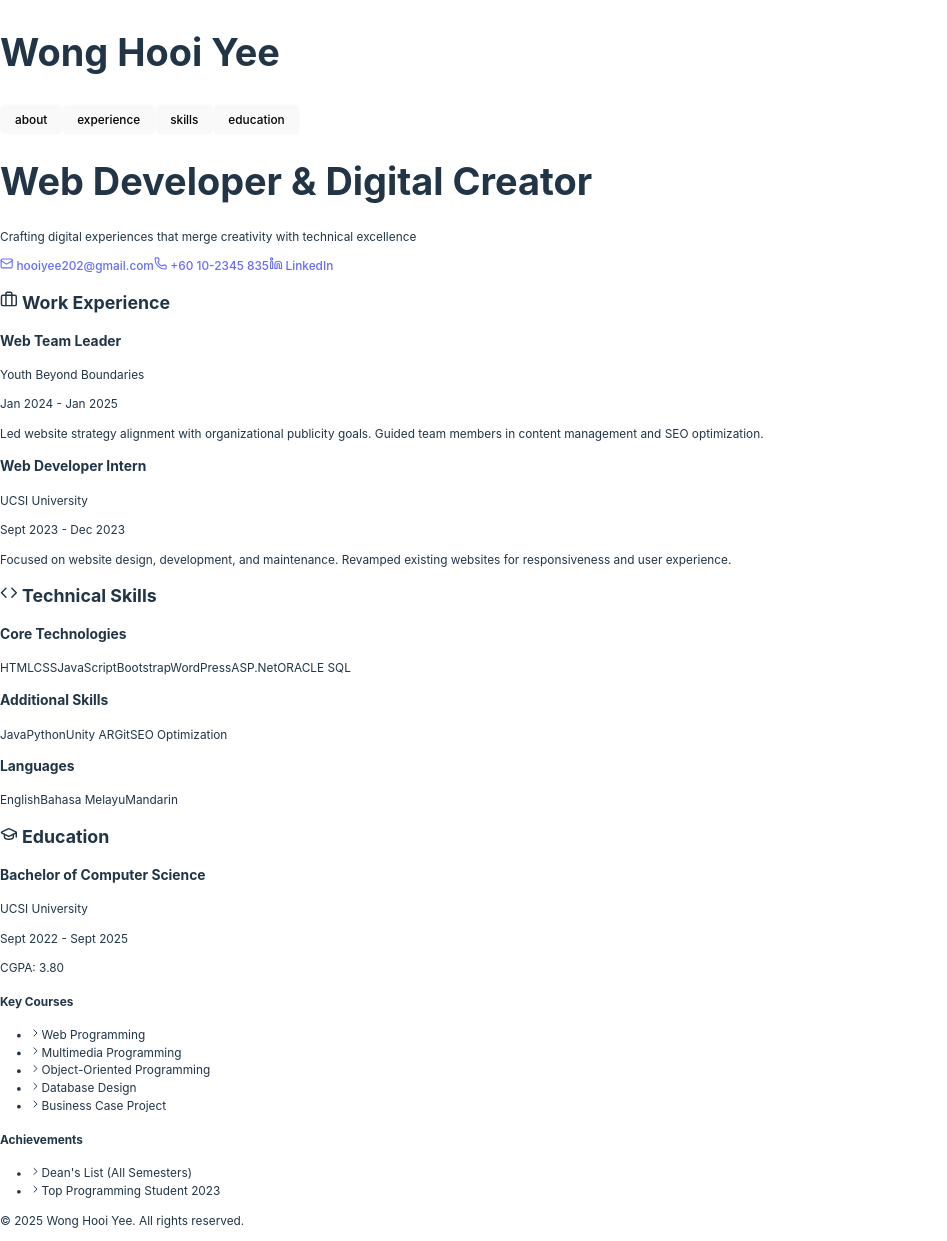
Repository: WyeeHooi/Portfolio-Website
Page: /
An editor plug-in stored every save of this project. The page is shown before and after the next save, followed by the edit.
The browser window is 1280 px wide. The pictures show the whole page, at 74% of full size.
The project was rebuilt for these pictures with package versions that can differ from the ones it lists, and the page was loaded fresh each time. Also part of the build but not shown: vite.config.ts.

Above is the page before, as saved 2025-02-16 21:04:29.

After the next save:
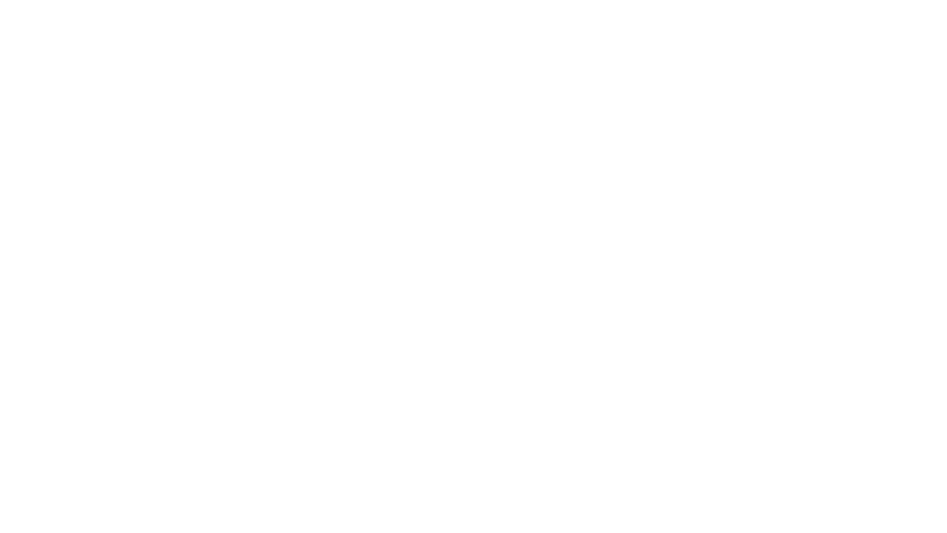
Console error: ReferenceError: Linkedin is not defined
Saved 12 min 10 s later.
--- a/src/App.tsx
+++ b/src/App.tsx
@@ -2,7 +2,7 @@
 // import reactLogo from './assets/react.svg'
 // import viteLogo from '/vite.svg'
 // import './App.css'
-import { Github, Linkedin, Mail, Phone, MapPin, ChevronRight, Code, Briefcase, GraduationCap, User } from 'lucide-react';
+import { Mail, Phone, ChevronRight, Code, Briefcase, GraduationCap, User } from 'lucide-react';
 import React, { useState, useEffect } from 'react';
 function App() {
   // const [count, setCount] = useState(0)

After the save that followed:
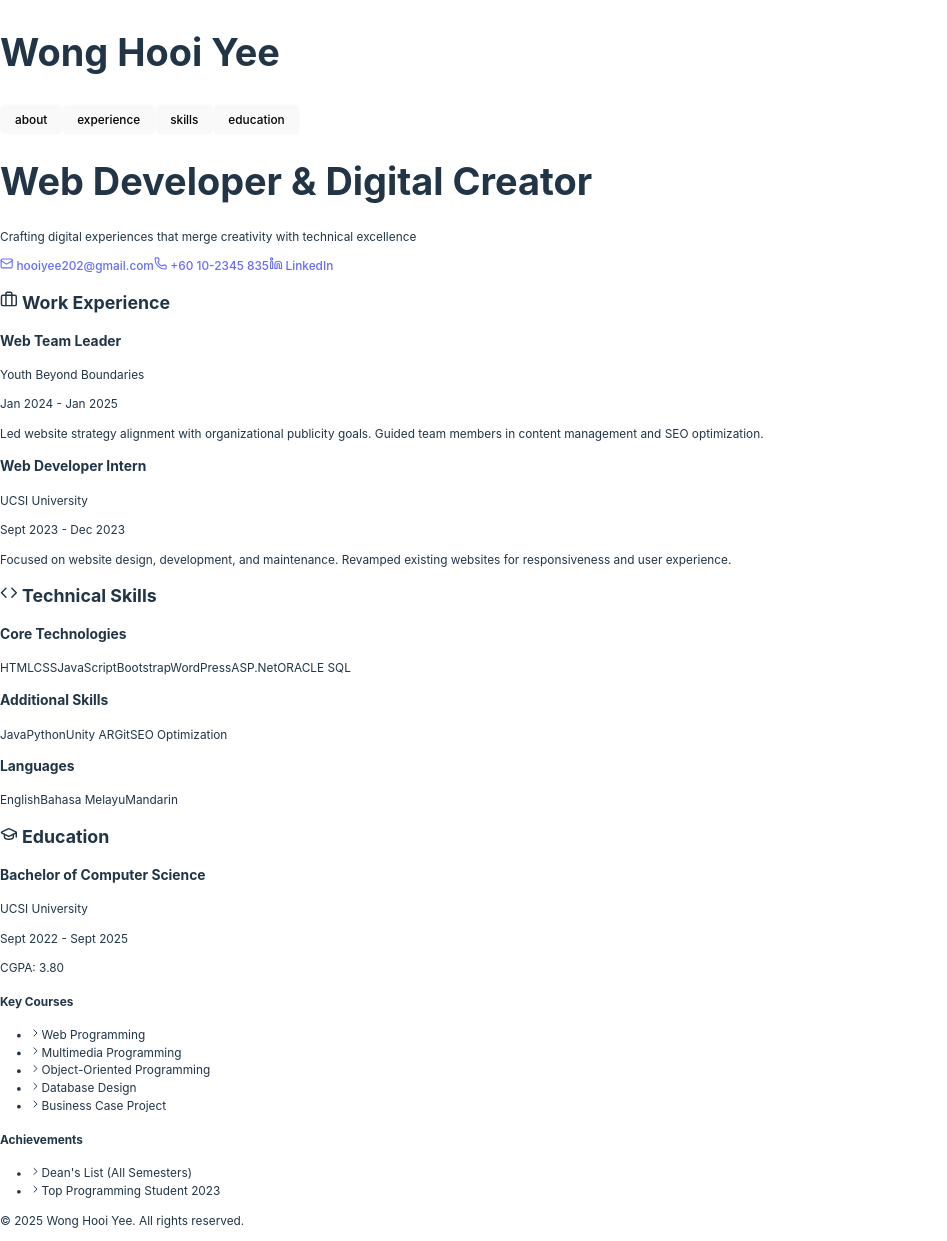
The error is gone.
Saved 30 s later.
--- a/src/App.tsx
+++ b/src/App.tsx
@@ -2,7 +2,7 @@
 // import reactLogo from './assets/react.svg'
 // import viteLogo from '/vite.svg'
 // import './App.css'
-import { Mail, Phone, ChevronRight, Code, Briefcase, GraduationCap, User } from 'lucide-react';
+import { Linkedin, Mail, Phone, ChevronRight, Code, Briefcase, GraduationCap, User } from 'lucide-react';
 import React, { useState, useEffect } from 'react';
 function App() {
   // const [count, setCount] = useState(0)
